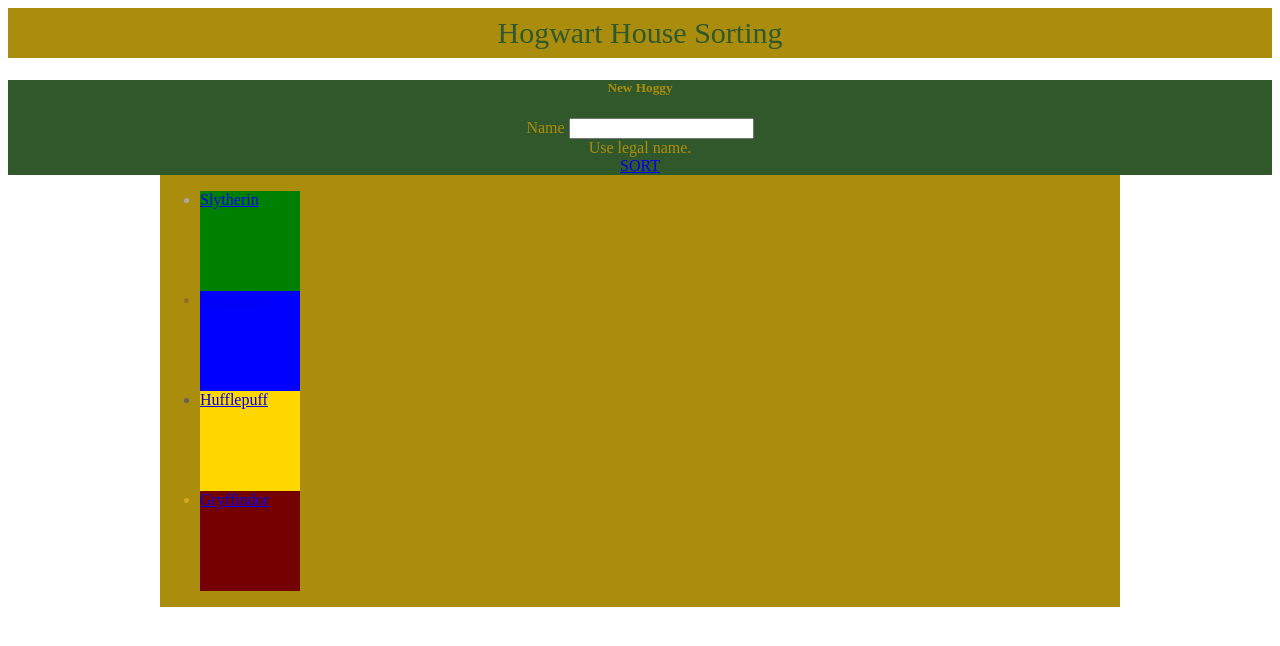
Repository: ZamlZam/INDIVIDUAL-PROJECT-sorting-hat
Page: index.html
The author's editor kept a copy of each file at every save. The page is drawn from the files as they stood at one save, then again after the next save.
The browser window is 1280 px wide. The pictures show the whole page.

Above is the page before, as saved 2023-04-29 12:01:04.

After the next save:
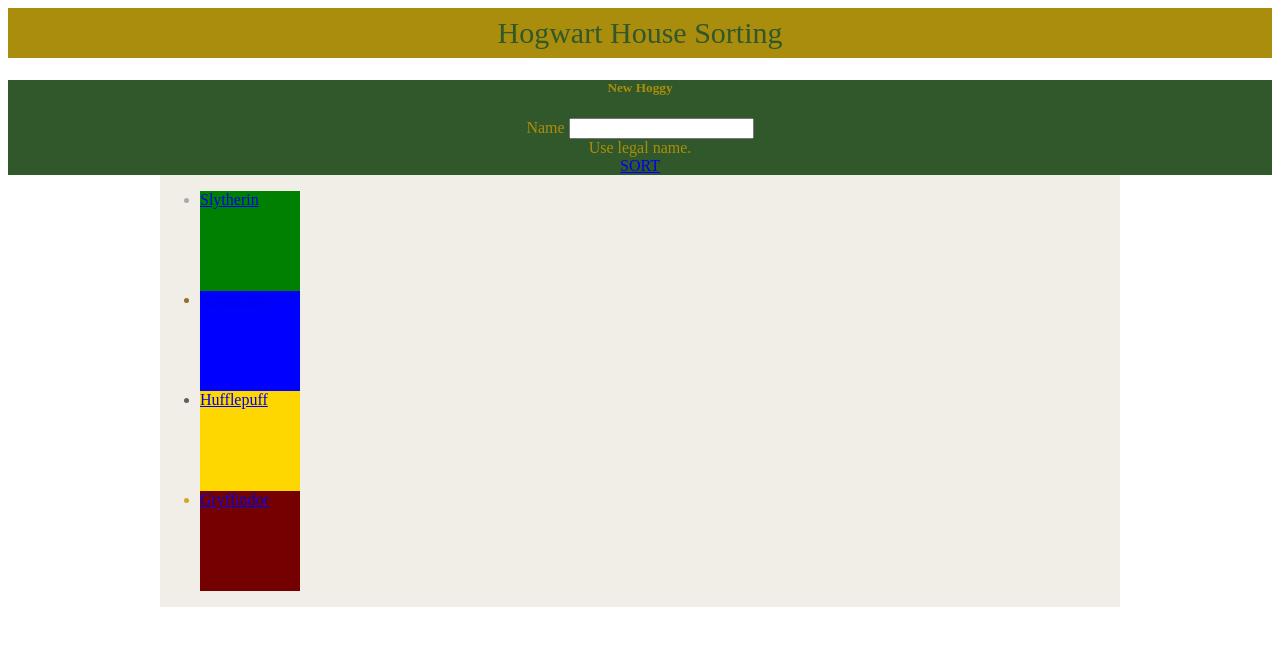
Saved 5 s later.
--- a/main.css
+++ b/main.css
@@ -23,7 +23,7 @@
   width: 100%;
   max-width: 960px;
   margin: 0 auto;
-  background: rgb(170, 141, 12);
+  background: rgb(240, 238, 230);
   /* align-items: center;
   font-size: 30px;
   flex-direction: row-reverse; */
